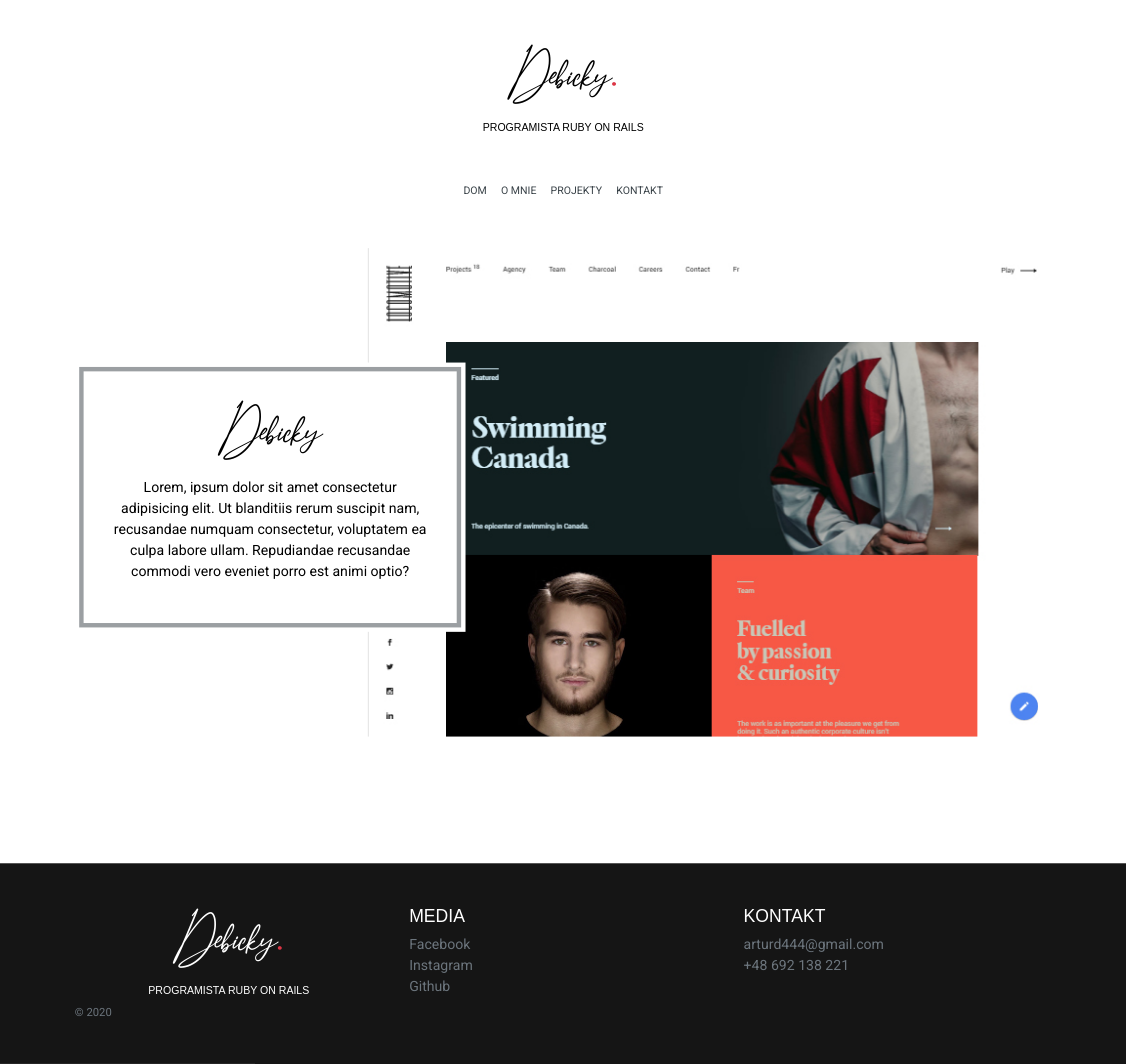
Repository: debicky/debicky.github.io
Page: index.html
An editor plug-in stored every save of this project. The page is shown before and after a run of saves, followed by the edit.
The browser window is 1280 px wide. The pictures show the whole page, at 88% of full size.
Some web fonts or font styles are not loaded; a fallback is used. Some web libraries are served in a nearby version.

Above is the page before, as saved 2020-06-10 11:05:07.

### index.html
<!DOCTYPE html>
<html lang="en">
<head>
  <meta charset="UTF-8">
  <meta name="viewport" content="width=device-width, initial-scale=1.0">
  <title>Debicky</title>
  <link rel="stylesheet" href="https://stackpath.bootstrapcdn.com/bootstrap/4.5.0/css/bootstrap.min.css" integrity="sha384-9aIt2nRpC12Uk9gS9baDl411NQApFmC26EwAOH8WgZl5MYYxFfc+NcPb1dKGj7Sk" crossorigin="anonymous">
  <link rel="stylesheet" href="https://cdnjs.cloudflare.com/ajax/libs/font-awesome/5.11.2/css/all.min.css">
  <link rel="stylesheet" href="styles.css">
</head>
<body>


  <header>
    <a href="index.html">
      <div class="signature">
        <h5 class="signature-heading">Debicky<span class="text-danger font-weight-bolder">.</span></h5>
        <h3 class="signature-subhead">Programista Ruby on Rails</h3>
      </div>
    </a>
  </header>

  <div class="container">
    <nav class="navbar navbar-expand-md p-0">
      <button class="navbar-toggler" type="button" data-toggle="collapse" data-target="#navbarSupportedContent" aria-controls="navbarSupportedContent" aria-expanded="false" aria-label="Toggle navigation">
        <i class="fas fa-bars"></i>
        <i class="fas fa-times"></i>
      </button>

      <div class="collapse navbar-collapse d-md-flex justify-content-center" id="navbarSupportedContent">
        <ul class="navbar-nav">
          <li class="nav-item active">
            <a class="nav-link" href="index.html">Dom</a>
          </li>
          <li class="nav-item">
            <a class="nav-link" href="#">O mnie</a>
          </li>
          <li class="nav-item">
            <a class="nav-link" href="#">Projekty</a>
          </li>
          <li class="nav-item">
            <a class="nav-link" href="#">Kontakt</a>
          </li>
        </ul>
      </div>
    </nav>
  </div>

  <section class="about py-5">
    <div class="container">
      <div class="about-content">
        <div class="about-description">
          <div class="signature">
            <h5 class="signature-heading">Debicky</h5>
            <p>Lorem, ipsum dolor sit amet consectetur adipisicing elit. Ut blanditiis rerum suscipit nam, recusandae numquam consectetur, voluptatem ea culpa labore ullam. Repudiandae recusandae commodi vero eveniet porro est animi optio?</p>
          </div>
        </div>
        <div class="about-image">
          <a href="/images/1.jpeg">
            <img src="/images/2.jpeg" alt="img1">
          </a>
        </div>
      </div>
    </div>
  </section>


  <section class="projects py-5">


  </section>


  <footer class="py-5">
    <div class="container">
      <div class="row">
        <div class="col-12 col-md-5 col-lg-4 mb-5 mb-md-0">
          <a href="index.html">
            <div class="signature">
              <h5 class="signature-heading">Debicky<span class="text-danger font-weight-bolder">.</span></h5>
              <h3 class="signature-subhead">Programista Ruby on Rails</h3>
            </div>
          </a>
          <small class="d-block mt-2 text-muted">&copy; 2020</small>
        </div>
        <div class="col-12 col-md-5 col-lg-4 mb-5 mb-md-0">
          <h5 class="text-uppercase">Media</h5>
          <ul class="list-unstyled mb-0">
            <li>
              <a href="https://www.facebook.com/artur.debicki.5" class="text-muted">Facebook</a>
            </li>
            <li>
              <a href="https://www.instagram.com/debicky" class="text-muted">Instagram</a>
            </li>
            <li>
              <a href="https://github.com/debicky" class="text-muted">Github</a>
            </li>
          </ul>
        </div>
        <div class="col-12 col-md-5 col-lg-4">
          <h5 class="text-uppercase">Kontakt</h5>
              <ul class="list-unstyled text-small mb-0">
                <li>
                  <a href="mailto:arturd444@gmail.com" class="text-muted">arturd444@gmail.com</a>
                </li>
                <li>
                  <p class="text-muted">+48 692 138 221</p>
                </li>
              </ul>
        </div>
      </div>
    </div>
  </footer>



  <script src="https://code.jquery.com/jquery-3.5.1.slim.min.js" integrity="sha384-DfXdz2htPH0lsSSs5nCTpuj/zy4C+OGpamoFVy38MVBnE+IbbVYUew+OrCXaRkfj" crossorigin="anonymous"></script>
  <script src="https://cdn.jsdelivr.net/npm/popper.js@1.16.0/dist/umd/popper.min.js" integrity="sha384-Q6E9RHvbIyZFJoft+2mJbHaEWldlvI9IOYy5n3zV9zzTtmI3UksdQRVvoxMfooAo" crossorigin="anonymous"></script>
  <script src="https://stackpath.bootstrapcdn.com/bootstrap/4.5.0/js/bootstrap.min.js" integrity="sha384-OgVRvuATP1z7JjHLkuOU7Xw704+h835Lr+6QL9UvYjZE3Ipu6Tp75j7Bh/kR0JKI" crossorigin="anonymous"></script>
  <script src="script.js"></script>

</body>
</html>

### styles.css
@import url('https://fonts.googleapis.com/css?family=Playfair+Display+SC|Roboto:300,400&display=swap');

@font-face {
  font-family: "AmostelySignature";
  src: url("/fonts/AmostelySignature.ttf");
  }

body, html {
  font-family: "Roboto", sans-serif;
}

a:hover {
  text-decoration: none;;
}

/* Heading & nav  */

header{
  height: 200px;
  width: 100%;
  display: flex;
  align-items: center;
  justify-content: center;
}

.signature{
  color: black;
  text-align: center;
  user-select: none;
}

.signature-heading{
  font-family: 'AmostelySignature', cursive;
  font-size: 50px;
  margin-bottom: 30px;
}

.signature-subhead{
  font-family: 'Playfair Display SC', sans-serif;
  font-size: 12px;
  text-transform: uppercase;
  margin-bottom: 0;
}

.navbar{
  background-color: #384147;
}

.navbar-toggler i{
  color: #fff;
  font-size: 25px;
}

.navbar-toggler .fa-times{
  display: none;
}

.navbar-toggler.menu-open  .fa-bars{
  display: none;
}

.navbar-toggler.menu-open  .fa-times{
  display: block;
}

.navbar-nav{
  padding: 20px;
}

.nav-link{
  color: #fff;
  text-transform: uppercase;
  transition: opacity .5s;
  font-size: 12px;
}

.nav-link:hover{
  color: maroon;
}

/* About */

.about-content{
  display: flex;
  flex-direction: column;
}

.about-description{
  width: 100%;
  background-color: #fff;
  padding: 40px;
  outline: 5px solid rgba(56, 65, 71, 0.5);
  outline-offset: -5px;
  order: 2;
  margin-top: 5px;
}

.about-image{
  order: 1;
}

.about-image img{
  width: 100%;
  height: auto;
  display: block;
}

.about-image a::after{
  font-family: 'Font Awesome 5 Free';
  content: "\f35d";
  font-weight: 600;
  position: absolute;
  top: 50%;
  left: 50%;
  transform: translate(-50%, -50%);
  color: maroon;
  font-size: 25px;
  z-index: 101;
  width: 70px;
  height: 70px;
  border: 3px solid #fff;
  border-radius: 100%;
  display: flex;
  align-items: center;
  justify-content: center;
  opacity: 0;
  transition: opacity .5s;
}

.about-image a:hover::after{
  opacity: .7;
}

/* Footer */

footer {
  background-color: #151515;
}

footer h5, footer h3{
  color: #fff;
  font-family: 'Playfair Display SC', sans-serif;
}

a.text-muted:hover{
  color: maroon !important;
}

@media screen and (min-width: 768px) {
  .navbar{
    background-color: transparent;
  }
  .navbar-nav{
    padding: 0;
  }
  .nav-link{
    color: #384147;
  }

  nav:hover .nav-link:not(:hover){
    opacity: .5;
  }

  .about-content{
    position: relative;
    display: block;
  }

  .about-description{
    position: absolute;
    top: 80%;
    transform: translateY(-50%);
    width: 60%;
    outline-offset: -10px;
  }

  .about-image img{
    width: 70%;
    margin-left: auto;
  }
}

@media screen and (min-width: 1200px) {
  .about-description{
    top: 50%;
    width: 40%;
    outline
  }
}

### script.js
$('.navbar-toggler').on('click', function () {
  $(this).toggleClass('menu-open')
})

After the next 3 saves:
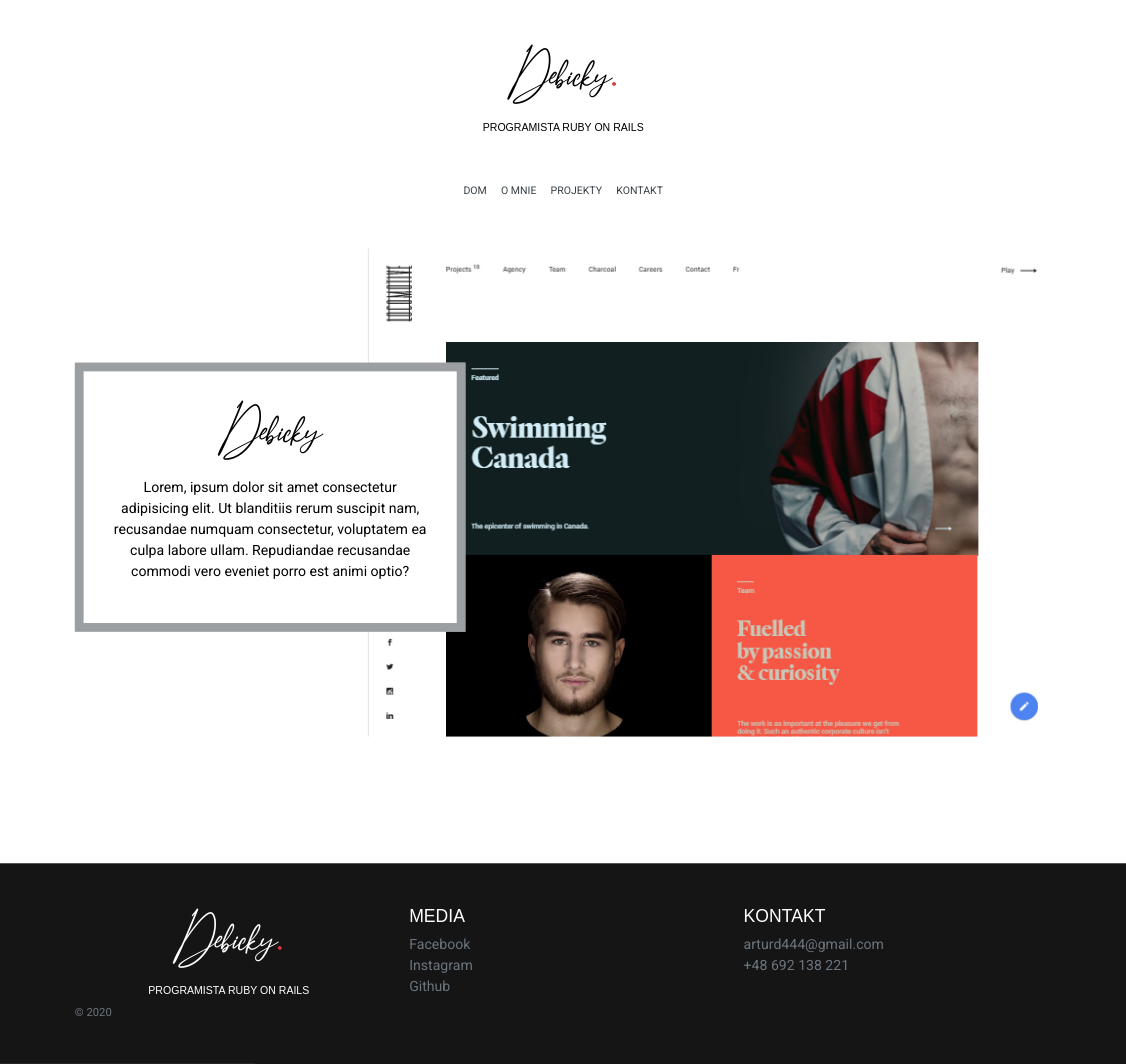
The 3 saves are shown as one change because they came seconds apart.
The last was saved 10 s later.
--- a/styles.css
+++ b/styles.css
@@ -184,6 +184,6 @@ a.text-muted:hover{
   .about-description{
     top: 50%;
     width: 40%;
-    outline
+    outline: 10px solid rgba(56, 65, 71, 0.5);
   }
 }
